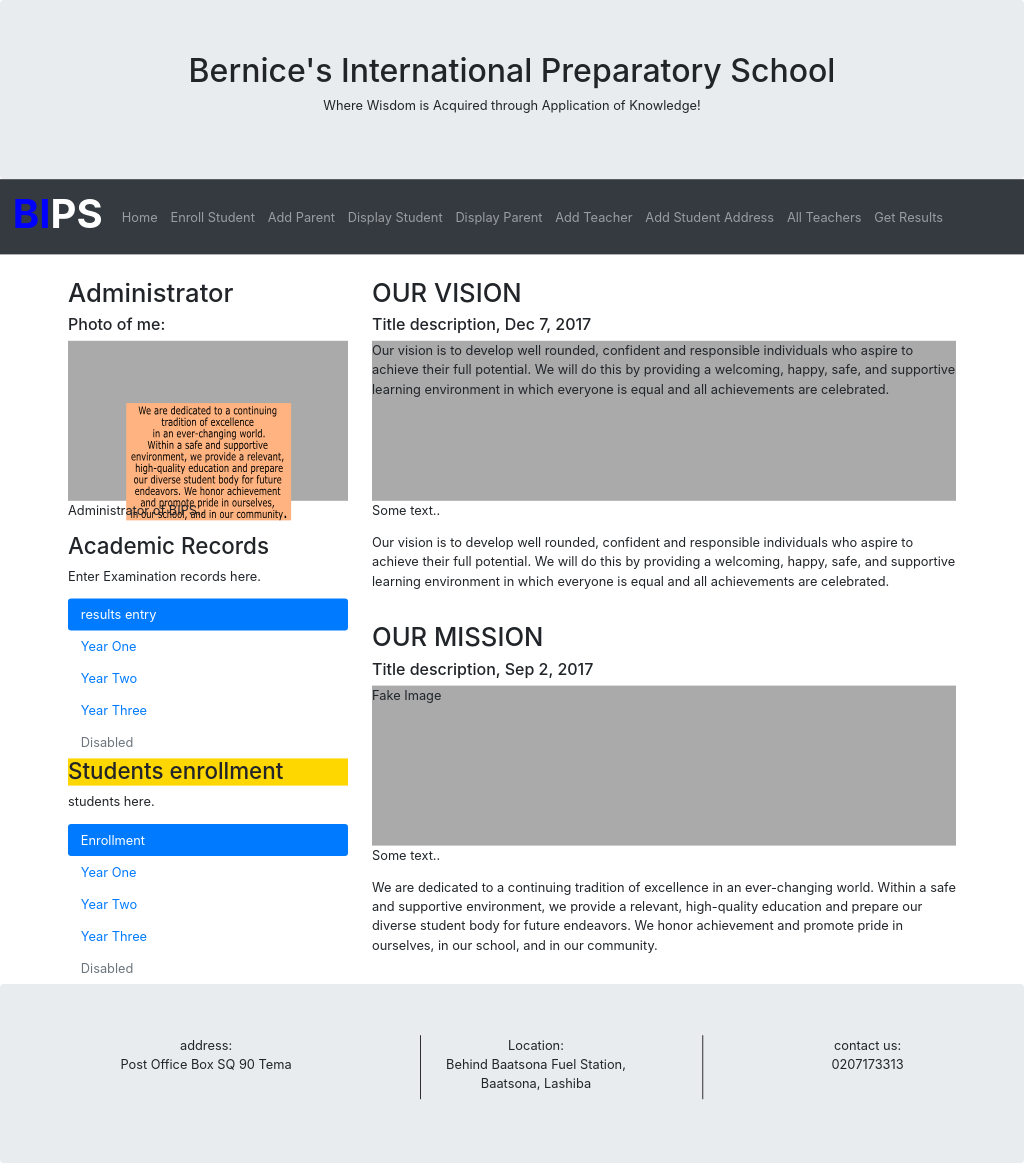
Repository: joseackah/eclipse-workspace
Page: http://localhost/com.school.mgt.system.Front.End/WEB-INF/views/adminPageExample.jsp
The author's editor kept a copy of each file at every save. The page is drawn from the files as they stood at one save, then again after the next save.
The browser window is 1280 px wide. The pictures show the whole page, at 80% of full size.
The page is served by Tomcat 9. Nobody is signed in. The template is opened directly, without the code that normally fills it, so the values that code supplies are empty.

Above is the page before, as saved 2021-08-12 21:08:12.

After the next save:
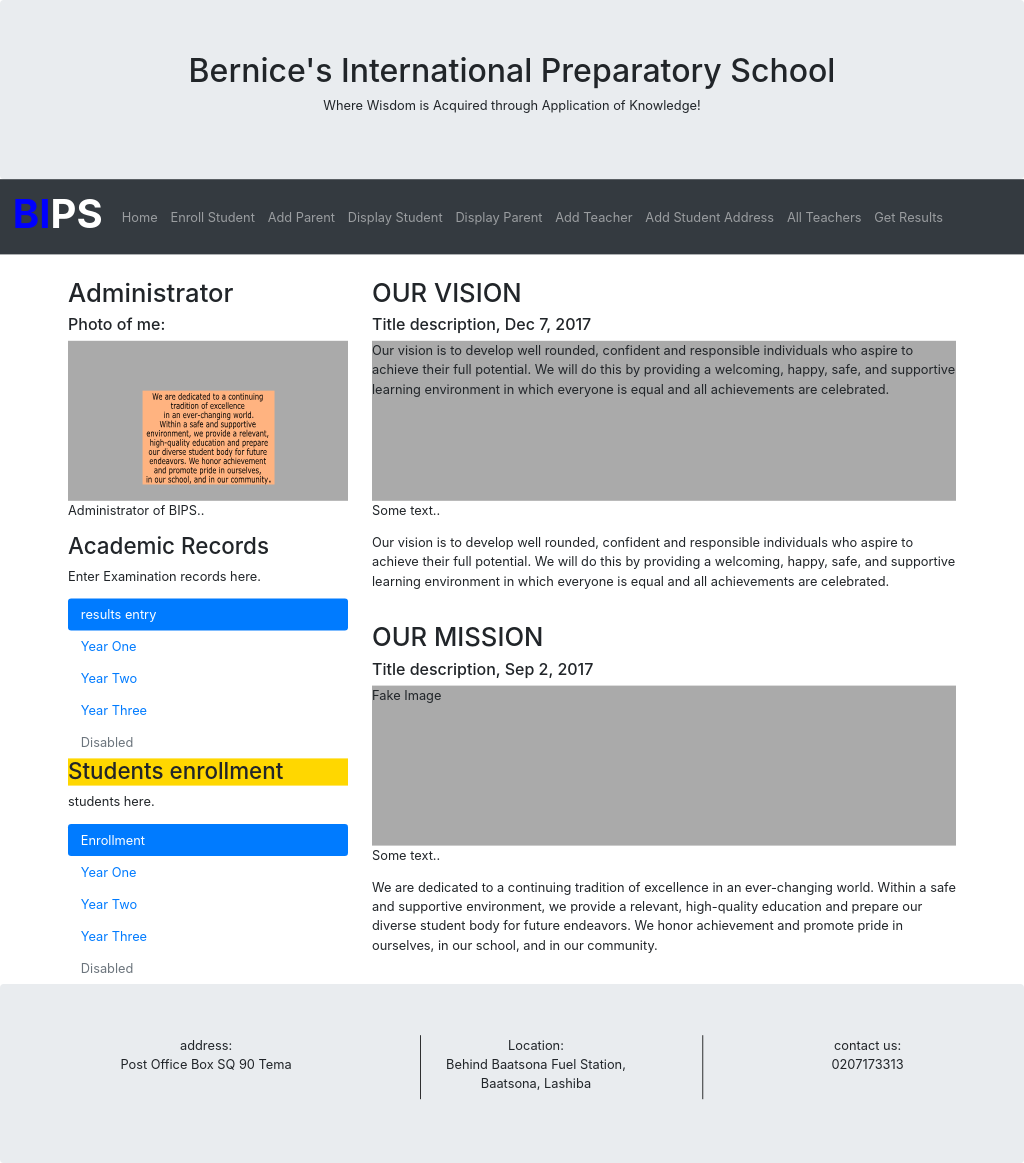
Saved 71 s later.
--- a/com.school.mgt.system.Front.End/src/main/webapp/WEB-INF/views/adminPageExample.jsp
+++ b/com.school.mgt.system.Front.End/src/main/webapp/WEB-INF/views/adminPageExample.jsp
@@ -67,7 +67,7 @@
     <div class="col-sm-4">
       <h2>Administrator</h2>
       <h5>Photo of me:</h5>
-      <div class="fakeimg"> <img alt="our mision" src="${pageContext.request.contextPath}/resources/svg/mission.svg" style="width:100%; height:150%;"/>  </div>
+      <div class="fakeimg"> <img alt="our mision" src="${pageContext.request.contextPath}/resources/svg/mission.svg" style="width:100%; height:120%;"/>  </div>
       <p>Administrator of BIPS..</p>
 
     <!--   academic record start here -->
